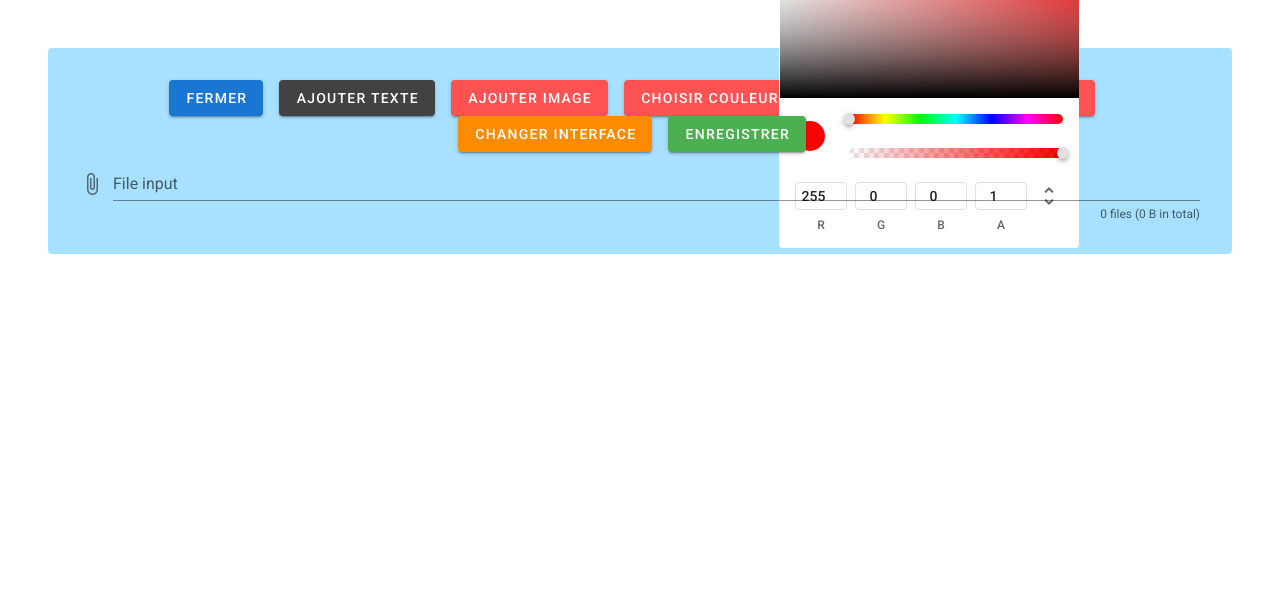
Repository: Hamagistral/BannerApp-Vue
Page: /#/dynamicPage
The author's editor kept a copy of each file at every save. The page is drawn from the files as they stood at one save, then again after the next save.
The browser window is 1280 px wide. The pictures show the whole page.
The project was rebuilt for these pictures with package versions that can differ from the ones it lists, and the page was loaded fresh each time. Also part of the build but not shown: vue.config.js, src/components/WidgetText.vue, src/components/WidgetImage.vue, src/components/Home.vue.

Above is the page before, as saved 2023-02-07 01:41:20.

### public/index.html
<!DOCTYPE html>
<html lang="en">
  <head>
    <meta charset="utf-8">
    <meta http-equiv="X-UA-Compatible" content="IE=edge">
    <meta name="viewport" content="width=device-width,initial-scale=1.0">
    <link rel="icon" href="<%= BASE_URL %>favicon.ico">
    <title>Banner App</title>
    <link rel="stylesheet" href="https://fonts.googleapis.com/css?family=Roboto:100,300,400,500,700,900">
    <link rel="stylesheet" href="https://cdn.jsdelivr.net/npm/@mdi/font@latest/css/materialdesignicons.min.css">
  </head>
  <body>
    <noscript>
      <strong>We're sorry but Banner App doesn't work properly without JavaScript enabled. Please enable it to continue.</strong>
    </noscript>
    <div id="app"></div>
    <!-- built files will be auto injected -->
  </body>
</html>

### src/App.vue
<template>
  <v-app>
    <v-main>
      <v-container class="pa-12" fluid>
        <router-view align="center" justify="center" ></router-view>
      </v-container>
    </v-main>
  </v-app>
</template>

<script>

export default {
  name: "App",
  components: {},
};
</script>

### src/router/index.js
import Vue from 'vue'
import VueRouter from 'vue-router'
import DynamicPage from '../components/DynamicPage'
import Home from "../components/Home";

Vue.use(VueRouter)

const routes = [
  {
    path: '/',
    name: 'home',
    component: Home
  },
  {
    path: '/dynamicPage',
    name: 'dynamicPage',
    component: DynamicPage
  },

]
const router = new VueRouter({
  routes
})

export default router

### src/components/DynamicPage.vue
<template>
  <div>
    <template>
      <v-form class="primary pa-8 lighten-4 rounded" ref="form" v-model="valid" lazy-validation>
        <v-btn color="primary" class="mr-4">
          Fermer
        </v-btn>

        <v-btn color="secondary" class="mr-4" @click="addMore()">
          Ajouter Texte
        </v-btn>

        <v-btn color="error" class="mr-4" @click="addImage()">
          Ajouter Image
        </v-btn>

        <v-btn color="error" class="mr-4" @click="addImage()">
          Choisir Couleur
          <v-color-picker
            v-model="picker"
            flat
          ></v-color-picker>
        </v-btn>

        <v-btn color="warning" class="mr-4">
          Changer Interface
        </v-btn>

        <v-btn color="success" class="mr-4">
          Enregistrer
        </v-btn>


        <template>
          <v-file-input
            show-size
            counter
            multiple
            label="File input"
            v-model="chosenFile"
          ></v-file-input>
        </template>
      </v-form>
    </template>

    <div v-for="(course, index) in courses" :key="`text-${index}`">
      <WidgetText></WidgetText>
    </div>
    <div v-for="(file, index) in previewImages" :key="`image-${index}`">
      <WidgetImage :previews="file" vif="file"></WidgetImage>
    </div>
  </div>
</template>

<script>
import WidgetText from "./WidgetText";
import WidgetImage from "./WidgetImage";

export default {
  name: "dynamicPage",
  components: {
    WidgetText,
    WidgetImage,
  },
  props: {
    msg: String,
  },
  data() {
    return {
      chosenFile: null,
      valid: false,

      preview: [
        {
          name: "AAA.jpg",
          chosenFile: "yasser",
        },
      ],

      previewImages: [],
      courses: 0,
    };
  },
  watch: {
    chosenFile: {
      handler(nw, od) {
        console.log(nw);
      },
      deep: true,
    },
  },
  methods: {
    clean() {
      this.chosenFile = null;
    },
    addMore() {
      this.courses += 1;
    },
    addImage() {
      if(this.chosenFile) {
      this.previewImages.push(...this.chosenFile);
      this.clean();
      } else {
        alert('Erreur, Veuillez choisir !')
      }
    },
  },
};
</script>

Loaded but not shown: src/main.js (common file); src/store/index.js (common file); src/plugins/vuetify.js (common file)

After the next save:
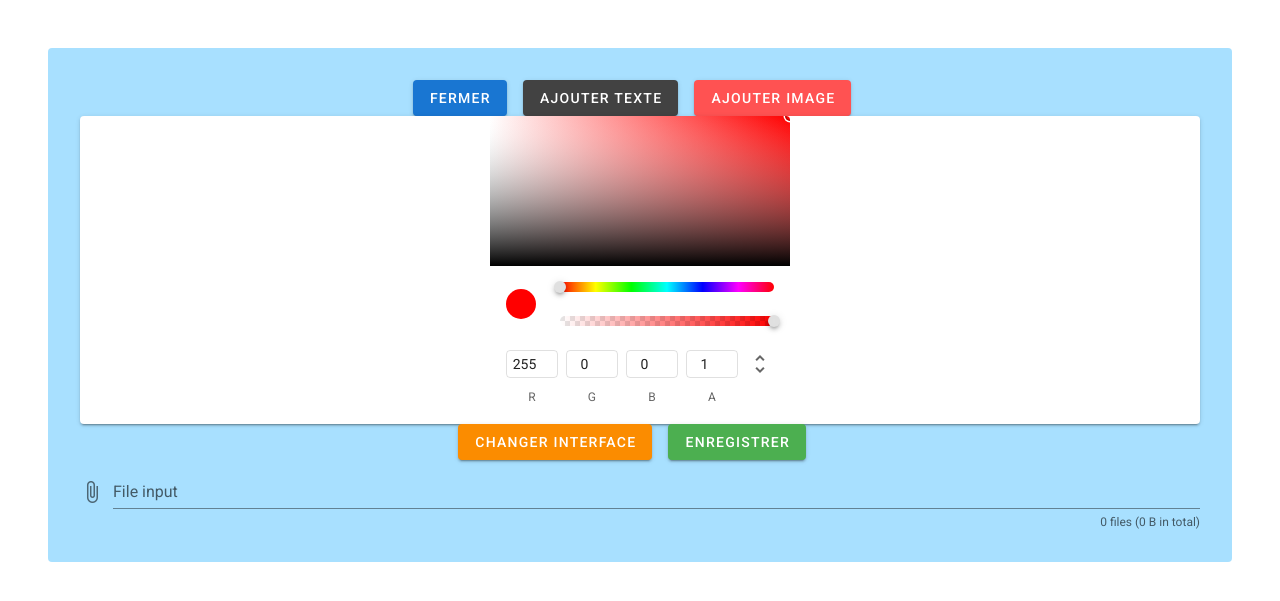
Saved 95 s later.
--- a/src/components/DynamicPage.vue
+++ b/src/components/DynamicPage.vue
@@ -14,13 +14,11 @@
           Ajouter Image
         </v-btn>
 
-        <v-btn color="error" class="mr-4" @click="addImage()">
-          Choisir Couleur
-          <v-color-picker
-            v-model="picker"
-            flat
-          ></v-color-picker>
-        </v-btn>
+        <v-card>
+					<v-card-text class="pa-0">
+						<v-color-picker v-model="color" flat />
+					</v-card-text>
+				</v-card>
 
         <v-btn color="warning" class="mr-4">
           Changer Interface
